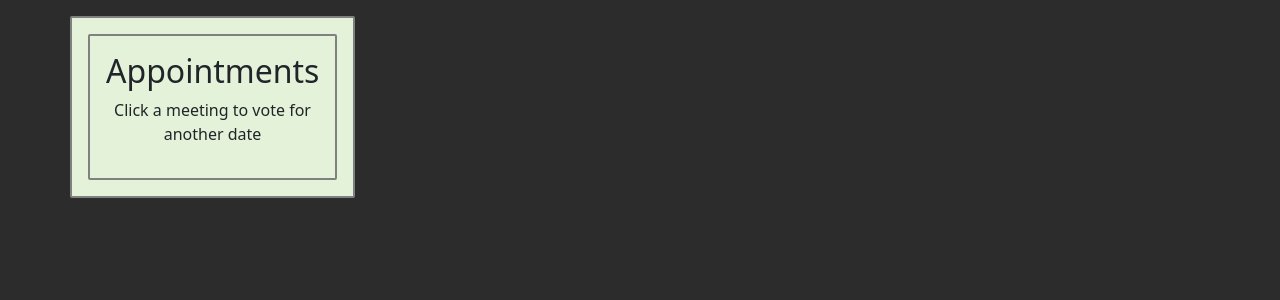
Repository: wlichon/Semesterprojekt
Page: index.html
These files come from the project's save history. The page is drawn as it stood at one moment and after the next save; the edit follows.
The browser window is 1280 px wide. The pictures show the whole page.
The page's requests for data from a server got no answer. Some web libraries are served in a nearby version.

Above is the page before, as saved 2022-04-22 17:48:19.

After the next save:
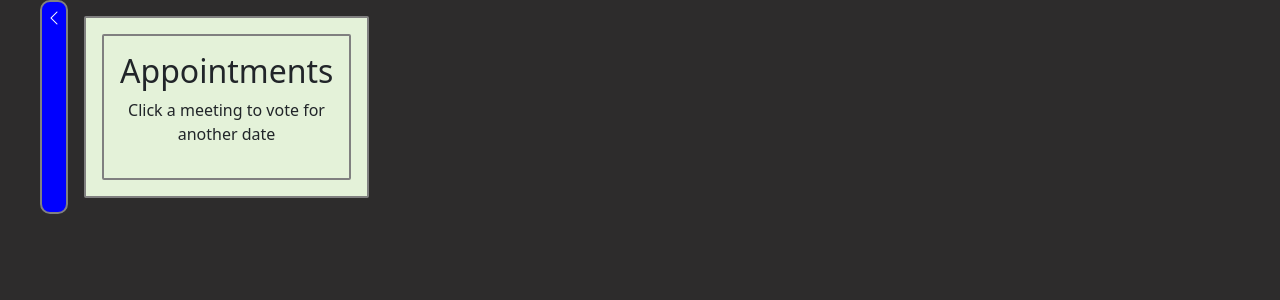
Saved 112 s later.
--- a/index.html
+++ b/index.html
@@ -16,7 +16,7 @@
     <title>Appointment Finder</title>
 </head>
 <body class="d-flex justify-content-center">
-
+    <div class='btn btn-primary col-auto p-1' id='lslide'><i class='bi bi-chevron-left'></i></div>
       <div class="container m-3 d-flex justify-content-center">
             <div class="events row flex-grow-1" id="events">
                 <div class="col-md-3 d-flex justify-content-between" style="flex-direction: column">
@@ -44,7 +44,7 @@
                     </div>
                 </div>
 
-                <div class='btn btn-primary col-auto p-1' id='lslide'><i class='bi bi-chevron-left'></i></div>
+
 
 
                 <!--
